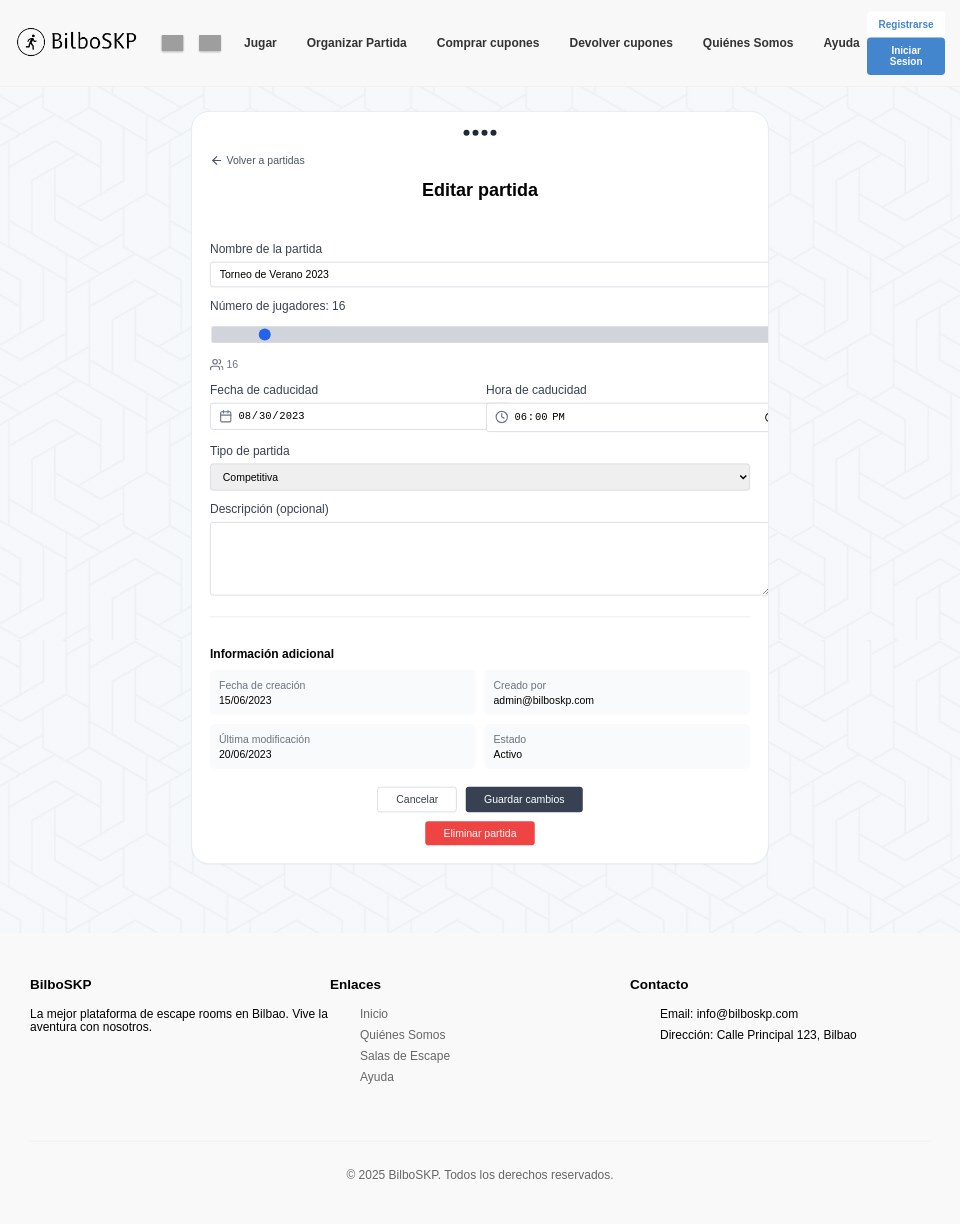
Repository: Andrew1447/Reto3-main
Page: http://localhost/bilboSKP/EditarPartida.jsp
An editor plug-in stored every save of this project. The page is shown before and after the next save, followed by the edit.
The browser window is 1280 px wide. The pictures show the whole page, at 75% of full size.
Pictures or frames that could not be fetched are drawn as grey boxes. Backgrounds fixed to the window are drawn as part of the page. Some web fonts or font styles are not loaded; a fallback is used. The page is served by Tomcat 9. Other server files are loaded and not shown. The template is opened directly, without the code that normally fills it, so the values that code supplies are empty.

Above is the page before, as saved 2025-04-27 15:23:48.

### bilboSKP/src/main/webapp/EditarPartida.jsp
<%@ page language="java" contentType="text/html; charset=UTF-8" pageEncoding="UTF-8"%>
<!DOCTYPE html>
<html lang="en">
<head>
    <meta charset="UTF-8">
    <meta name="viewport" content="width=device-width, initial-scale=1.0">
    <link rel="stylesheet" href="styles/style.css">
    <link rel="stylesheet" href="styles/EditarPartida.css">
    <link rel="preconnect" href="https://fonts.googleapis.com">
    <link rel="preconnect" href="https://fonts.gstatic.com" crossorigin>
    <link href="https://fonts.googleapis.com/css2?family=Ubuntu:ital,wght@0,300;0,400;0,500;0,700;1,300;1,400;1,500;1,700&display=swap" rel="stylesheet">
    <title>Editar partida</title>
</head>
<body>
<header>
    <div class="logo-container">
        <a href="Index.jsp"><img src="img/bilboskp-high-resolution-logo-removebg-preview.png"></a>

        <div class="language-selector">
                <a href="?lang=es" title="Español">
                    <img src="https://upload.wikimedia.org/wikipedia/commons/thumb/9/9a/Flag_of_Spain.svg/1200px-Flag_of_Spain.svg.png" alt="Bandera de España">
                </a>
                <a href="?lang=en" title="English">
                    <img src="https://upload.wikimedia.org/wikipedia/commons/thumb/8/83/Flag_of_the_United_Kingdom_%283-5%29.svg/1200px-Flag_of_the_United_Kingdom_%283-5%29.svg.png" alt="Bandera del Reino Unido">
                </a>
            </div>
        </div>

    <nav>

        <a href="EscapeRooms.jsp">Jugar</a>
        <a href="OrganizarPartida.jsp">Organizar Partida</a>
        <a href="Packcupones.jsp">Comprar cupones</a>
		<a href="DevolverCupones.jsp">Devolver cupones</a>
        <a href="QuienesSomos.jsp">Quiénes Somos</a>
        <a href="Ayuda.jsp">Ayuda</a>

        <%
            Integer idRolUsuario = (Integer) request.getAttribute("idRol");
            Integer idCentroSesion = (Integer) request.getAttribute("idCentroSesion");

            // Mostrar "Registrar Centro" solo si el usuario no está logueado como centro
            if (idCentroSesion == null && idRolUsuario != null && idRolUsuario.equals(2)) {
        %>
                <a href="CentroRegistro.jsp">Registrar Centro</a>
        <%
            }
        %>
    </nav>

<div class="botones">
    <%
        String nombreSesion = (String) request.getAttribute("nombreSesion");
        String tipoUsuario = (String) request.getAttribute("tipoUsuario");
        Integer saldoCupones = (Integer) request.getAttribute("saldoCupones");

        if (nombreSesion != null && !nombreSesion.isEmpty()) {
            if (tipoUsuario != null && tipoUsuario.equals("usuario")) {
    %>
                <span class="nombre-usuario">Bienvenido, <%= nombreSesion %> (<%= saldoCupones != null ? saldoCupones : 0 %> cupones)</span>
                <button onclick="window.location.href='LogoutServlet'">Cerrar Sesión</button>
    <%
            } else if (tipoUsuario != null && tipoUsuario.equals("centro")) {
    %>
                <span class="nombre-centro">Bienvenido, <%= nombreSesion %></span>
                <button onclick="window.location.href='LogoutCentroServlet'">Cerrar Sesión</button>
    <%
            }
        } else {
    %>
        <button class= "registrarse" onclick="window.location.href='Registrar.jsp'">Registrarse</button>
        <button onclick="window.location.href='login.jsp'">Iniciar Sesion</button>
    <%
        }
    %>
</div>
    </header>

    <main>
    <div class="card">
      <div class="card-header">
        <div class="dots">
          <span class="dot"></span>
          <span class="dot"></span>
          <span class="dot"></span>
          <span class="dot"></span>
        </div>

        <a href="OrganizarPartida.jsp" class="back-link">
          <svg class="icon" viewBox="0 0 24 24">
            <line x1="19" y1="12" x2="5" y2="12"></line>
            <polyline points="12 19 5 12 12 5"></polyline>
          </svg>
          Volver a partidas
        </a>

        <h1 class="card-title">Editar partida</h1>
      </div>

      <div class="form-container">
        <form id="editar-partida-form">
          <div class="form-group">
            <label for="nombre">Nombre de la partida</label>
            <input type="text" id="nombre" value="Torneo de Verano 2023">
          </div>

          <div class="form-group">
            <label for="numJugadores">Número de jugadores: <span id="jugadores-valor">16</span></label>
            <div class="slider-container">
              <input type="range" id="numJugadores" class="slider" min="2" max="200" value="16">
            </div>
            <div class="slider-value">
              <svg class="icon" viewBox="0 0 24 24">
                <path d="M17 21v-2a4 4 0 0 0-4-4H5a4 4 0 0 0-4 4v2"></path>
                <circle cx="9" cy="7" r="4"></circle>
                <path d="M23 21v-2a4 4 0 0 0-3-3.87"></path>
                <path d="M16 3.13a4 4 0 0 1 0 7.75"></path>
              </svg>
              <span id="jugadores-valor-icon">16</span>
            </div>
          </div>

          <div class="grid-2">
            <div class="form-group">
              <label for="fecha">Fecha de caducidad</label>
              <div class="input-with-icon">
                <svg class="icon input-icon" viewBox="0 0 24 24">
                  <rect x="3" y="4" width="18" height="18" rx="2" ry="2"></rect>
                  <line x1="16" y1="2" x2="16" y2="6"></line>
                  <line x1="8" y1="2" x2="8" y2="6"></line>
                  <line x1="3" y1="10" x2="21" y2="10"></line>
                </svg>
                <input type="date" id="fecha" value="2023-08-30">
              </div>
            </div>

            <div class="form-group">
              <label for="hora">Hora de caducidad</label>
              <div class="input-with-icon">
                <svg class="icon input-icon" viewBox="0 0 24 24">
                  <circle cx="12" cy="12" r="10"></circle>
                  <polyline points="12 6 12 12 16 14"></polyline>
                </svg>
                <input type="time" id="hora" value="18:00">
              </div>
            </div>
          </div>

          <div class="form-group">
            <label for="tipo">Tipo de partida</label>
            <select id="tipo">
              <option value="casual">Casual</option>
              <option value="competitiva" selected>Competitiva</option>
              <option value="amistosa">Amistosa</option>
              <option value="torneo">Torneo</option>
            </select>
          </div>

          <div class="form-group">
            <label for="descripcion">Descripción (opcional)</label>
            <textarea id="descripcion"></textarea>
          </div>

          <div class="info-section">
            <h3 class="info-title">Información adicional</h3>
            <div class="info-grid">
              <div class="info-item">
                <div class="info-label">Fecha de creación</div>
                <div class="info-value">15/06/2023</div>
              </div>
              <div class="info-item">
                <div class="info-label">Creado por</div>
                <div class="info-value">admin@bilboskp.com</div>
              </div>
              <div class="info-item">
                <div class="info-label">Última modificación</div>
                <div class="info-value">20/06/2023</div>
              </div>
              <div class="info-item">
                <div class="info-label">Estado</div>
                <div class="info-value">Activo</div>
              </div>
            </div>
          </div>

          <div class="button-container">
            <button type="button" class="secondary-button" id="cancelar-btn">Cancelar</button>
            <button type="submit" class="primary-button">Guardar cambios</button>
          </div>

          <div class="button-container" style="margin-top: 12px;">
            <button type="button" class="danger-button" id="eliminar-btn">Eliminar partida</button>
          </div>
        </form>
      </div>
    </div>
    </main>

  <footer>
        <div class="container">
            <div class="footer-content">
                <div class="footer-column">
                    <h3>BilboSKP</h3>
                    <p>La mejor plataforma de escape rooms en Bilbao. Vive la aventura con nosotros.</p>
                </div>
                <div class="footer-column">
                    <h3>Enlaces</h3>
                    <ul>
                        <li><a href="Index.jsp">Inicio</a></li>
                        <li><a href="QuienesSomos.jsp">Quiénes Somos</a></li>
                        <li><a href="EscapeRooms.jsp">Salas de Escape</a></li>
                        <li><a href="Ayuda.jsp">Ayuda</a></li>
                    </ul>
                </div>
                <div class="footer-column">
                    <h3>Contacto</h3>
                    <ul>
                        <li>Email: info@bilboskp.com</li>
                        <li>Dirección: Calle Principal 123, Bilbao</li>
                    </ul>
                </div>
            </div>
            <div class="footer-bottom">
                <p>&copy; 2025 BilboSKP. Todos los derechos reservados.</p>
            </div>
        </div>
    </footer>

  <script>
    // Script para actualizar el valor del slider
    const sliderElement = document.getElementById('numJugadores');
    const jugadoresValor = document.getElementById('jugadores-valor');
    const jugadoresValorIcon = document.getElementById('jugadores-valor-icon');

    sliderElement.addEventListener('input', function() {
      const value = this.value;
      jugadoresValor.textContent = value;
      jugadoresValorIcon.textContent = value;
    });

    // Prevenir envío del formulario (para demostración)
    document.getElementById('editar-partida-form').addEventListener('submit', function(e) {
      e.preventDefault();
      alert('Cambios guardados (demostración)');
    });

    // Botón cancelar
    document.getElementById('cancelar-btn').addEventListener('click', function() {
      if (confirm('¿Estás seguro de que quieres cancelar la edición? Los cambios no guardados se perderán.')) {
        // Redirigir a la página de partidas (para demostración)
        alert('Edición cancelada (demostración)');
      }
    });

    // Botón eliminar
    document.getElementById('eliminar-btn').addEventListener('click', function() {
      if (confirm('¿Estás seguro de que quieres eliminar esta partida? Esta acción no se puede deshacer.')) {
        // Eliminar partida (para demostración)
        alert('Partida eliminada (demostración)');
      }
    });
  </script>

</body>
</html>

### bilboSKP/src/main/webapp/styles/style.css
body {
    font-family: "Ubuntu", sans-serif;
    font-weight: 500;
    font-style: normal;
    background-color: #f4f7fa;
    margin: 0;
    padding: 0;
    background-image: linear-gradient(rgba(244, 247, 250, 0.85), rgba(244, 247, 250, 0.85)), url('../img/fondod.png');
    background-repeat: no-repeat;
    background-size: cover;
    background-position: center;
    background-attachment: fixed; /* Esto asegura que el fondo permanezca fijo */
}

.logo-container {
            display: flex;
            align-items: center;
        }

        .logo-container img {
            height: 50px;
            width: auto;
        }

  .language-selector {
            display: flex;
            align-items: center;
            margin-left: 20px;
        }

        .language-selector a {
            display: flex;
            align-items: center;
            margin: 0 5px;
            padding: 5px;
            border-radius: 4px;
            transition: background-color 0.2s;
        }

        .language-selector a:hover {
            background-color: #f0f0f0;
        }

        .language-selector img {
            width: 30px;
            height: auto;
            border-radius: 3px;
            box-shadow: 0 1px 2px rgba(0, 0, 0, 0.2);
        }

header {
    display: grid;
    grid-template-columns: 1fr auto 1fr;
    align-items: center;
    padding: 15px 20px;
    background-color: #f8f8f8;
    border-bottom: 1px solid #eee;
}

header > a:first-child {
    justify-self: start;
}

header a img {
    max-height: 50px;
}

header nav {
    grid-column: 2;
    display: flex;
    justify-content: center;
    gap: 20px; /* Equal spacing between links */
}

header nav a {
    text-decoration: none;
    color: #333;
    margin-left: 20px;
    font-weight: bold;
}

header nav a:hover {
    color: #4386ce;
}

header button {
    background-color: #4386ce;
    color: white;
    border: none;
    padding: 10px 15px;
    border-radius: 5px;
    cursor: pointer;
    margin-left: 10px;
    font-weight: bold;
}

header button:hover {
    background-color: #437cb8;
}


body{
  font-family: "Ubuntu", sans-serif;
  font-weight: 500;
  font-style: normal;
  background-repeat: no-repeat;
  background-size: cover;
  background-attachment: fixed;
}

.botones {
    grid-column: 3;
    justify-self: end;
}

.registrarse{
    background-color: #ffff;
    color: #4386ce;
    font-weight: bold;
}
.registrarse:hover{
    background-color: #cfcfcf;
    color: #4386ce;
    font-weight: bold;
}




        /* Footer */
        footer {
            background-color: #f9f9f9;
            padding: 40px 0;
            margin-top: 60px;
        }

        .footer-content {
            display: flex;
            justify-content: space-between;
            flex-wrap: wrap;
        }

        .footer-column {
            flex: 1;
            min-width: 200px;
            margin-bottom: 20px;
        }

        .footer-column h3 {
            margin-bottom: 20px;
            font-size: 18px;
        }

        .footer-column ul {
            list-style: none;
        }

        .footer-column ul li {
            margin-bottom: 10px;
        }

        .footer-column ul li a {
            text-decoration: none;
            color: #666;
        }

        .footer-bottom {
            text-align: center;
            margin-top: 40px;
            padding-top: 20px;
            border-top: 1px solid #eee;
            color: #666;
        }

        /* Responsive */
        @media (max-width: 768px) {
            header {
                flex-direction: column;
                gap: 15px;
            }

            nav ul {
                margin: 15px 0;
                flex-wrap: wrap;
                justify-content: center;
            }

            .about-content {
                flex-direction: column;
            }

            .features {
                grid-template-columns: 1fr;
            }

            .carousel-container {
                height: 300px;
            }
        }

### bilboSKP/src/main/webapp/styles/EditarPartida.css
	.container {
	width: 100%;
    max-width: 1200px;
    margin: 0 auto;
	}

    main {
      padding: 32px 16px;
      display: flex;
      justify-content: center;
    }

    .card {
      width: 100%;
      max-width: 768px;
      background-color: white;
      border-radius: 24px;
      border: 1px solid #e5e7eb;
      box-shadow: 0 1px 2px rgba(0, 0, 0, 0.05);
      overflow: hidden;
    }

    .card-header {
      padding: 24px;
    }

    .dots {
      display: flex;
      justify-content: center;
      gap: 4px;
      margin-bottom: 24px;
    }

    .dot {
      width: 8px;
      height: 8px;
      border-radius: 50%;
      background-color: #1f2937;
    }

    .card-title {
      font-size: 24px;
      font-weight: bold;
      text-align: center;
      margin-bottom: 32px;
    }

    .back-link {
      display: flex;
      align-items: center;
      gap: 4px;
      color: #4b5563;
      text-decoration: none;
      font-size: 14px;
      margin-bottom: 16px;
    }

    .back-link:hover {
      color: #1f2937;
    }

    /* Formulario */
    .form-container {
      padding: 0 24px 24px;
    }

    .form-group {
      margin-bottom: 16px;
    }

    label {
      display: block;
      margin-bottom: 8px;
      font-weight: 500;
      color: #374151;
    }

    input, select, textarea {
      width: 100%;
      padding: 8px 12px;
      border: 1px solid #d1d5db;
      border-radius: 4px;
      font-size: 14px;
    }

    input:focus, select:focus, textarea:focus {
      outline: none;
      border-color: #2563eb;
      box-shadow: 0 0 0 2px rgba(37, 99, 235, 0.1);
    }

    .input-with-icon {
      position: relative;
    }

    .input-icon {
      position: absolute;
      left: 12px;
      top: 50%;
      transform: translateY(-50%);
      color: #6b7280;
    }

    .input-with-icon input {
      padding-left: 36px;
    }

    .slider-container {
      margin: 16px 0;
    }

    .slider {
      -webkit-appearance: none;
      width: 100%;
      height: 4px;
      border-radius: 2px;
      background: #d1d5db;
      outline: none;
    }

    .slider::-webkit-slider-thumb {
      -webkit-appearance: none;
      appearance: none;
      width: 16px;
      height: 16px;
      border-radius: 50%;
      background: #2563eb;
      cursor: pointer;
    }

    .slider::-moz-range-thumb {
      width: 16px;
      height: 16px;
      border-radius: 50%;
      background: #2563eb;
      cursor: pointer;
    }

    .slider-value {
      display: flex;
      align-items: center;
      gap: 4px;
      color: #6b7280;
      font-size: 14px;
    }

    .grid-2 {
      display: grid;
      grid-template-columns: 1fr;
      gap: 16px;
    }

    @media (min-width: 640px) {
      .grid-2 {
        grid-template-columns: 1fr 1fr;
      }
    }

    textarea {
      resize: vertical;
      min-height: 80px;
    }

    .button-container {
      display: flex;
      justify-content: center;
      gap: 12px;
      margin-top: 24px;
    }

    .primary-button {
      background-color: #374151;
      color: white;
      border: none;
      border-radius: 4px;
      padding: 8px 24px;
      font-size: 14px;
      cursor: pointer;
    }

    .primary-button:hover {
      background-color: #1f2937;
    }

    .secondary-button {
      background-color: white;
      color: #374151;
      border: 1px solid #d1d5db;
      border-radius: 4px;
      padding: 8px 24px;
      font-size: 14px;
      cursor: pointer;
    }

    .secondary-button:hover {
      background-color: #f9fafb;
    }

    .danger-button {
      background-color: #ef4444;
      color: white;
      border: none;
      border-radius: 4px;
      padding: 8px 24px;
      font-size: 14px;
      cursor: pointer;
    }

    .danger-button:hover {
      background-color: #dc2626;
    }

    /* Información adicional */
    .info-section {
      margin-top: 24px;
      padding-top: 24px;
      border-top: 1px solid #e5e7eb;
    }

    .info-title {
      font-size: 16px;
      font-weight: 600;
      margin-bottom: 12px;
    }

    .info-grid {
      display: grid;
      grid-template-columns: 1fr;
      gap: 12px;
    }

    @media (min-width: 640px) {
      .info-grid {
        grid-template-columns: 1fr 1fr;
      }
    }

    .info-item {
      background-color: #f9fafb;
      padding: 12px;
      border-radius: 6px;
      font-size: 14px;
    }

    .info-label {
      color: #6b7280;
      margin-bottom: 4px;
    }

    .info-value {
      font-weight: 500;
    }

    /* Iconos */
    .icon {
      display: inline-block;
      width: 18px;
      height: 18px;
      stroke-width: 2;
      stroke: currentColor;
      fill: none;
      stroke-linecap: round;
      stroke-linejoin: round;
    }

After the next save:
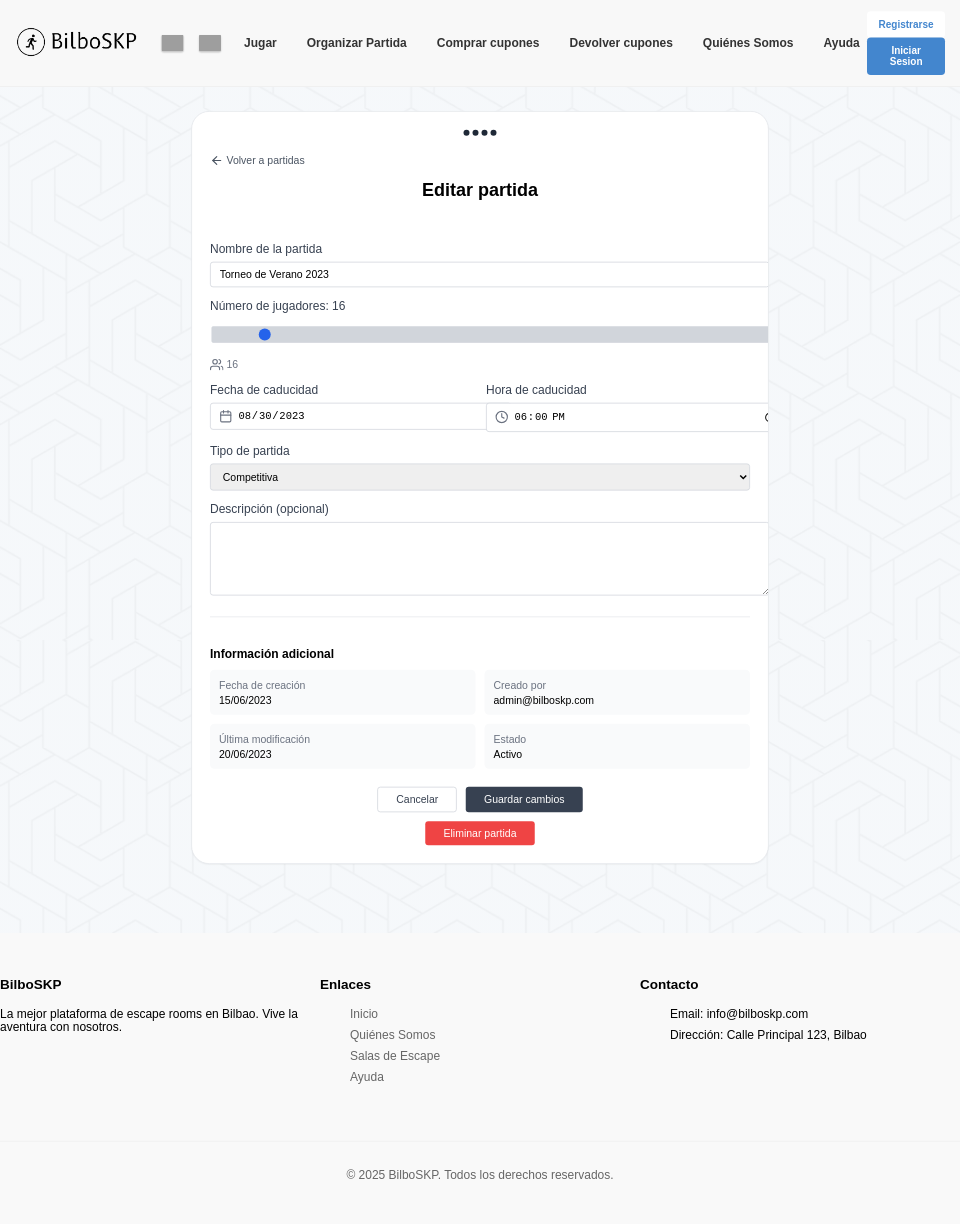
Saved 11 s later.
--- a/bilboSKP/src/main/webapp/styles/EditarPartida.css
+++ b/bilboSKP/src/main/webapp/styles/EditarPartida.css
@@ -1,8 +1,3 @@
-	.container {
-	width: 100%;
-    max-width: 1200px;
-    margin: 0 auto;
-	}
 
     main {
       padding: 32px 16px;
